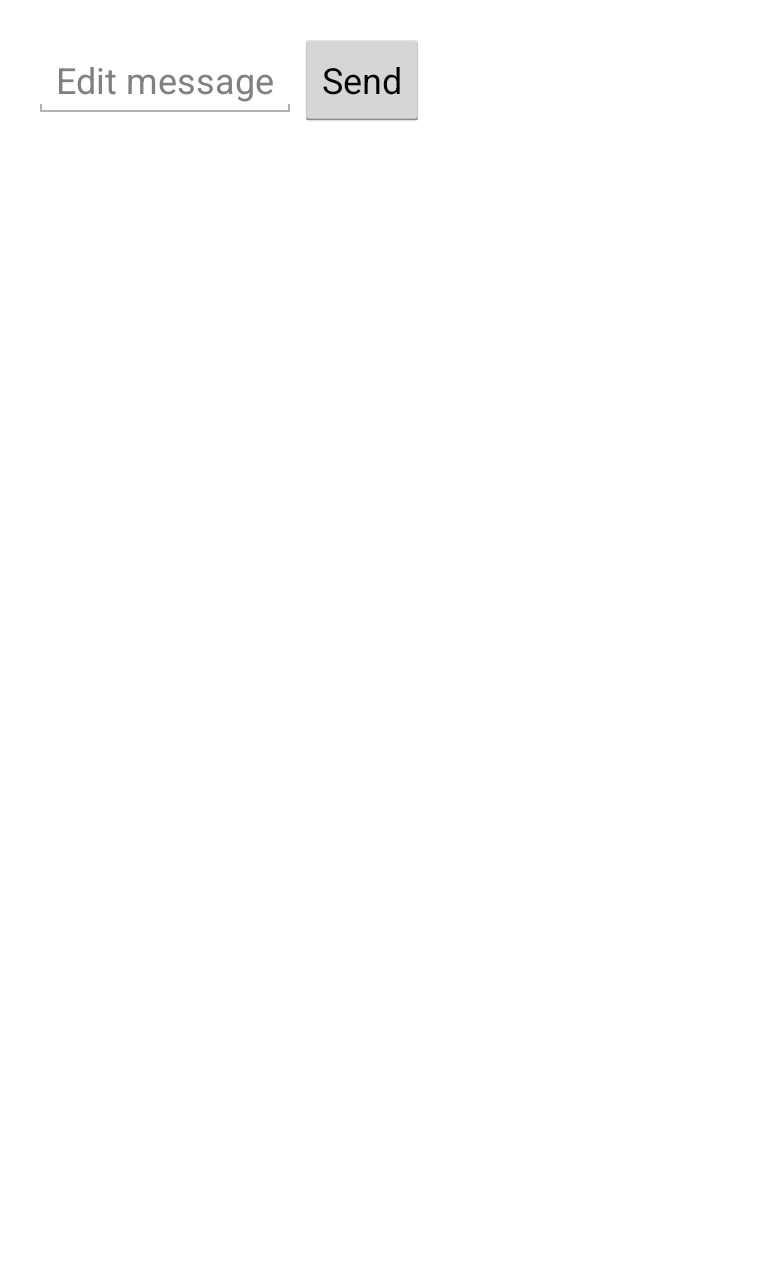
Repository: awaelchli/ese2013_warmup
Layout: MyFirstApp/res/layout/activity_main.xml
These files come from the project's save history. The layout is drawn as it stood at one moment and after the next save; the edit follows.
It is drawn on a 768 x 1280 px phone screen (xhdpi) without system bars, with theme AppTheme; the app's code is not run.

Above is the layout before, as saved 2013-09-21 11:39:40.

After the next save:
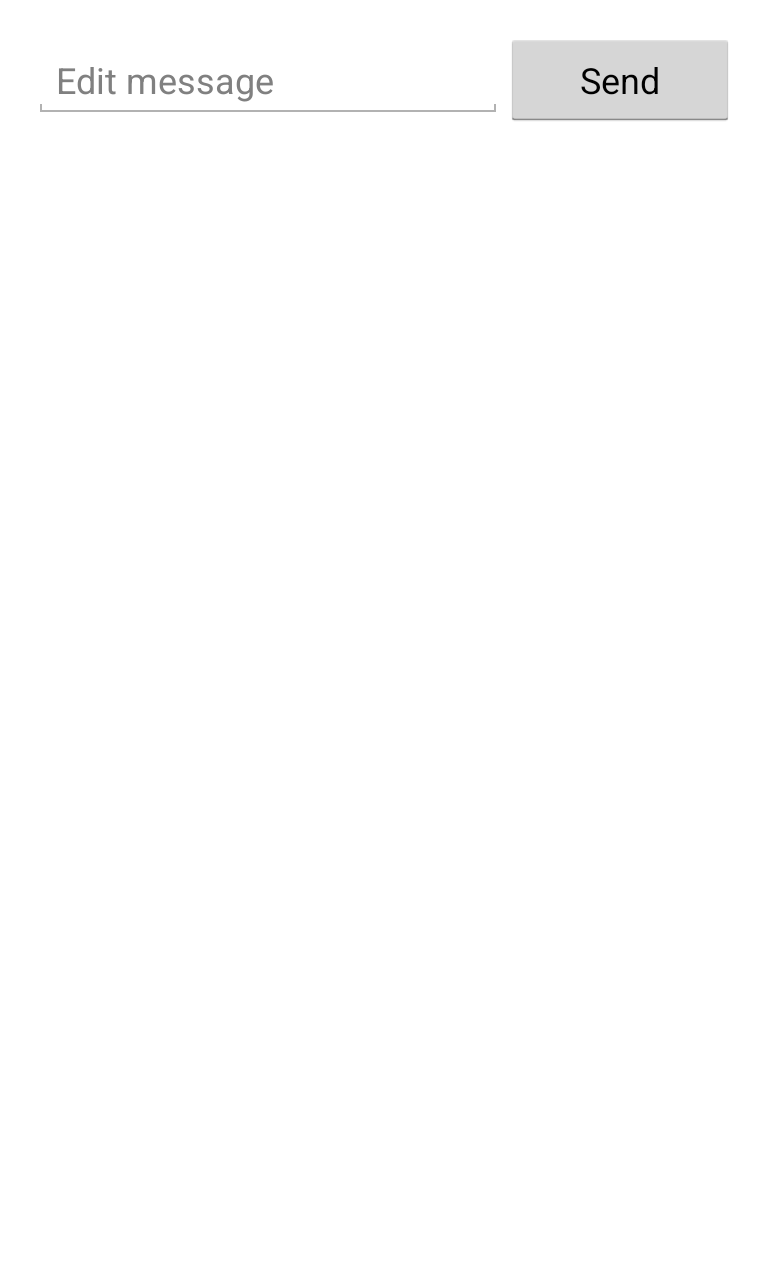
Saved 3 min 28 s later.
--- a/MyFirstApp/res/layout/activity_main.xml
+++ b/MyFirstApp/res/layout/activity_main.xml
@@ -10,11 +10,13 @@
     android:orientation="horizontal">
 
     <EditText android:id="@+id/edit_message"
+        android:layout_weight="2"
         android:layout_width="wrap_content"
         android:layout_height="wrap_content"
         android:hint="@string/edit_message"/>
 
     <Button android:id="@+id/button_send"
+        android:layout_weight="1"
         android:layout_width="wrap_content"
         android:layout_height="wrap_content"
         android:text="@string/button_send"/>
